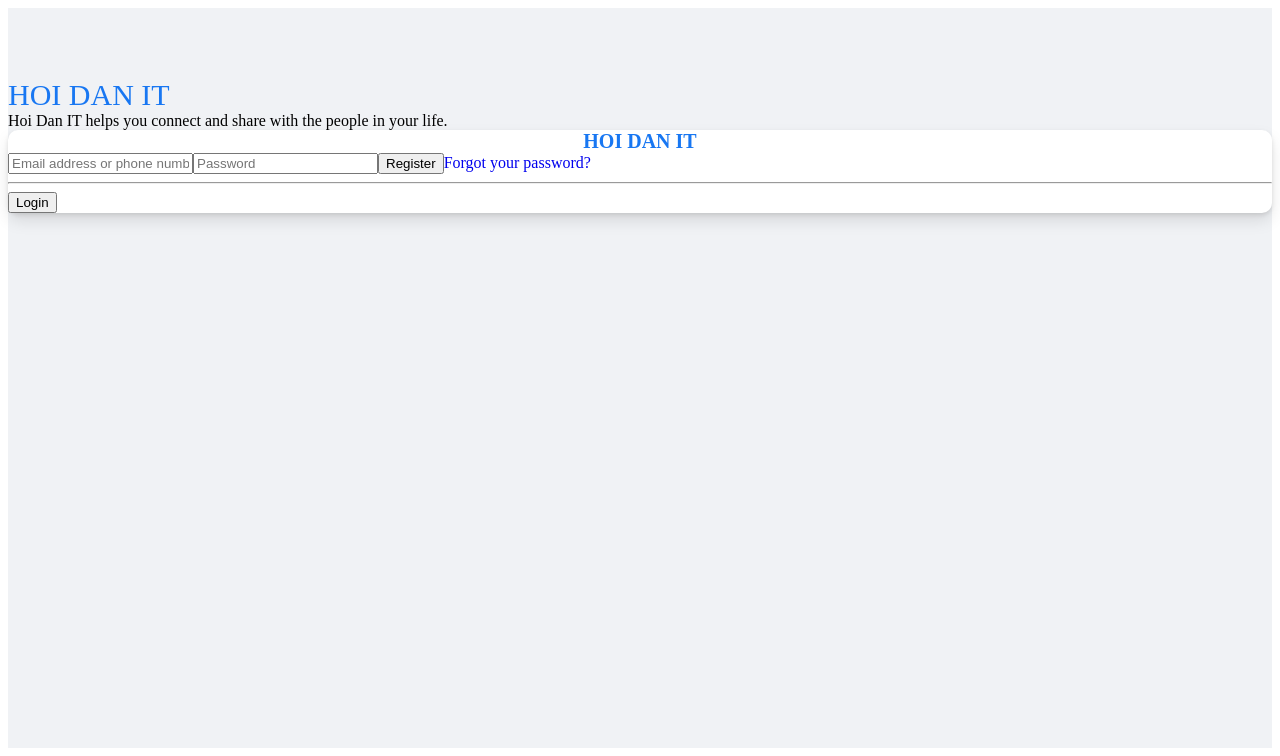
Repository: minhtien9/jwt_Reactjs_Frontend
Page: /register
The author's editor kept a copy of each file at every save. The page is drawn from the files as they stood at one save, then again after the next save.
The browser window is 1280 px wide. The pictures show the whole page.
The project was rebuilt for these pictures with package versions that can differ from the ones it lists, and the page was loaded fresh each time. Also part of the build but not shown: src/App.scss, src/components/Navigation/Nav.scss, src/components/Navigation/Nav.js, src/components/Login/Login.scss, src/components/Login/Login.js.

Above is the page before, as saved 2022-05-23 11:23:50.

After the next save:
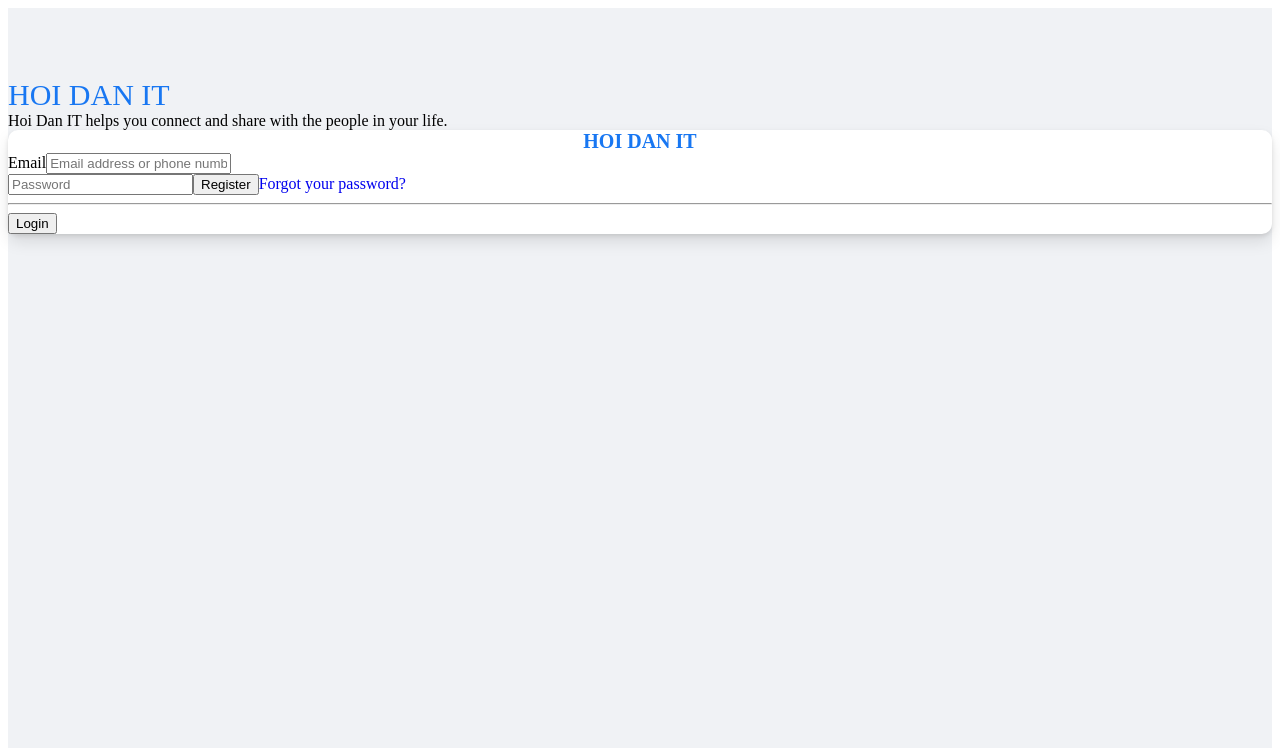
Saved 2 min 54 s later.
--- a/src/components/Register/Register.js
+++ b/src/components/Register/Register.js
@@ -20,11 +20,14 @@ const Register = (props) => {
                     </div>
                     <div className='content-right col-sm-5 col-12 d-flex flex-column gap-3 py-3'>
                         <div className='brand d-sm-none'>Hoi Dan IT</div>
-                        <input
-                            type='text'
-                            className='form-control'
-                            placeholder='Email address or phone number'
-                        />
+                        <div className='form-group'>
+                            <label htmlFor=''>Email</label>
+                            <input
+                                type='text'
+                                className='form-control'
+                                placeholder='Email address or phone number'
+                            />
+                        </div>
                         <input
                             type='password'
                             className='form-control'
